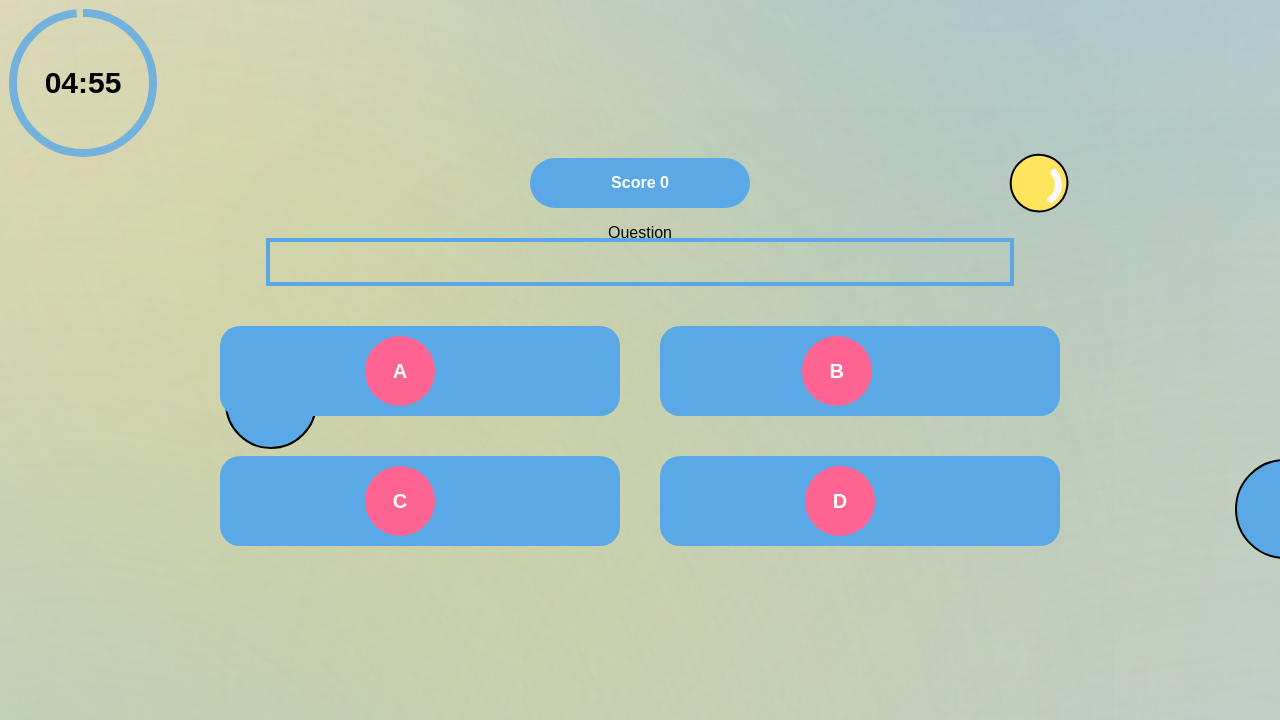
Repository: sierralaurent/SmartiePants
Page: quiz.html
These files come from the project's save history. The page is drawn as it stood at one moment and after the next save; the edit follows.
The browser window is 1280 px wide. The pictures show the whole page.
The page's requests for data from a server got no answer.

Above is the page before, as saved 2023-05-16 22:30:06.

### quiz.html
<!DOCTYPE html>
<html lang="en">
    <!--Actual Quiz page-->
  <head>
    <meta charset="UTF-8" />
    <meta name="viewport" content="width=device-width, initial-scale=1.0" />
    <meta http-equiv="X-UA-Compatible" content="ie=edge" />
    <title>SMARTIEPANTS | PLAY</title>
    <link rel="stylesheet" href="quiz.css" />
  </head>
<body>
  <div id="time">
    <div class="circle" style="--clr:#ff2972">
        <div class="dots"></div>
        <svg>
            <circle cx="70" cy="70" r="70" id="dd"></circle>
        </svg>
        <div id="timeLeft">00:00</div>
    </div>
</div>

<div class="container">
    <div id="loader"></div>
    <div id="game" >
      <div id="hud">
         <div class="score" id="hud-item">
          <p>
            Score
          </p>  &nbsp;
          <p id="score">
            0
          </p>
        </p>
      </div>
        <div class="question-progress" id="hud-item">
          <p id="progressText">
            Question
          </p>
          <div id="progressBar">
            <div id="progressBarFull"></div>
          </div>
        </div>

      <h2 class="question" id="question"></h2>
      <div class="choice-a-b">
        <div class="choice-container">
          <p class="choice-prefix">A </p>
          <p class="choice-text" data-number="1"></p>
        </div>
        <div class="choice-container">
          <p class="choice-prefix">B </p>&nbsp;
          <p class="choice-text" data-number="2"></p>
        </div>
      </div>


<div class="choice-c-d">
  <div class="choice-container">
    <p class="choice-prefix">C </p>
    <p class="choice-text" data-number="3"></p>
  </div>
  <div class="choice-container">
    <p class="choice-prefix">D </p>
    <p class="choice-text" data-number="4"></p>
  </div>
</div>

    </div>
  </div>
  <script src="quiz.js"></script>
  <script src="timer.js"></script>
</body>
</html>

### quiz.css
body {
    background-image: url('./background.svg');
}

#time .circle svg{
    position: relative;
    width: 150px;
    height: 150px;
    transform: rotate(270deg);
    }

    #time .circle svg circle{
        fill: transparent;
        stroke-width: 8;
        stroke: rgba(90, 169, 230, 0.8);
        transform: translate(5px,5px);
        stroke-dasharray: 440;
    }

    #time .circle{
        position: relative;
        width: 150px;
        height: 150px;
        display: flex;
        justify-content: center;
        align-items: center;
    }

    #time div{
        position: absolute;
        text-align: center;
        font-family: Arial, Helvetica, sans-serif;
        font-weight: bold;
        font-size: 30px;
    }

    .container{
        display: flex;
        justify-content: center;
        text-align: center;
        font-family: Arial, Helvetica, sans-serif;
    }

.choice-container{
    display: flex;
    align-items: center;
    background-color: rgba(90, 169, 230, 1);
    margin: 20px;
    justify-content: center;
    font-size: 24px;
    padding: 20px;
    border-radius: 20px;
    color: white;
    width: 360px;
    height: 50px;
    font-weight: bold;
}

.choice-a-b{
    display: flex;
     justify-content: center;
}

.choice-c-d{
    display: flex;
     justify-content: center;
}

.choice-prefix{
   width: 70px;
  height: 70px;
  border-radius: 100%;
  background: #FF6392;
  color: white;
  display: flex;
  align-items: center;
  justify-content: center;
  font-size: 20px;
margin-right: 20px;
}

.choice-text{
     margin-left: 20px;
}

.question{
    width: 700px;
    font-size: 25px;
   padding: 20px;
    border: 4px solid rgba(90, 169, 230, 1);
    margin: 0 auto;
    position: relative;
   bottom: 20px;
}

.score{
    display: flex;
    justify-content: center;
    background-color:  rgba(90, 169, 230, 1);
    border-radius: 49px;
    width: 220px;
    margin: 0 auto;
    font-weight: bold;
    color: white;

}

### quiz.js
const question = document.getElementById('question');
const choices = Array.from(document.getElementsByClassName('choice-text'));
const progressText = document.getElementById('progressText');
const scoreText = document.getElementById('score');
const progressBarFull = document.getElementById('progressBarFull');
const loader = document.getElementById('loader');
const game = document.getElementById('game');
let currentQuestion = {};
let acceptingAnswers = false;
let score = 0;
let questionCounter = 0;
let availableQuesions = [];

let questions = [];

fetch(
    'https://opentdb.com/api.php?amount=10&difficulty=easy&type=multiple'
)
    .then((res) => {
        return res.json();
    })
    .then((loadedQuestions) => {
        questions = loadedQuestions.results.map((loadedQuestion) => {
            const formattedQuestion = {
                question: loadedQuestion.question,
            };

            const answerChoices = [...loadedQuestion.incorrect_answers];
            formattedQuestion.answer = Math.floor(Math.random() * 4) + 1;
            answerChoices.splice(
                formattedQuestion.answer - 1,
                0,
                loadedQuestion.correct_answer
            );

            answerChoices.forEach((choice, index) => {
                formattedQuestion['choice' + (index + 1)] = choice;
            });

            return formattedQuestion;
        });

        startGame();
    })
    .catch((err) => {
        console.error(err);
    });

//CONSTANTS
const CORRECT_BONUS = 10;
const MAX_QUESTIONS = 10;

startGame = () => {
    questionCounter = 0;
    score = 0;
    availableQuesions = [...questions];
    getNewQuestion();
    game.classList.remove('hidden');
    loader.classList.add('hidden');
};

getNewQuestion = () => {
    if (availableQuesions.length === 0 || questionCounter >= MAX_QUESTIONS) {
        localStorage.setItem('mostRecentScore', score);
        //go to the end page
        return window.location.assign('/end.html');
    }
    questionCounter++;
    progressText.innerText = `Question ${questionCounter}/${MAX_QUESTIONS}`;
    //Update the progress bar
    progressBarFull.style.width = `${(questionCounter / MAX_QUESTIONS) * 100}%`;

    const questionIndex = Math.floor(Math.random() * availableQuesions.length);
    currentQuestion = availableQuesions[questionIndex];
    question.innerHTML = currentQuestion.question;

    choices.forEach((choice) => {
        const number = choice.dataset['number'];
        choice.innerHTML = currentQuestion['choice' + number];
    });

    availableQuesions.splice(questionIndex, 1);
    acceptingAnswers = true;
};

choices.forEach((choice) => {
    choice.addEventListener('click', (e) => {
        if (!acceptingAnswers) return;

        acceptingAnswers = false;
        const selectedChoice = e.target;
        const selectedAnswer = selectedChoice.dataset['number'];

        const classToApply =
            selectedAnswer == currentQuestion.answer ? 'correct' : 'incorrect';

        if (classToApply === 'correct') {
            incrementScore(CORRECT_BONUS);
        }

        selectedChoice.parentElement.classList.add(classToApply);

        setTimeout(() => {
            selectedChoice.parentElement.classList.remove(classToApply);
            getNewQuestion();
        }, 1000);
    });
});

incrementScore = (num) => {
    score += num;
    scoreText.innerText = score;
};

### timer.js

        let timeLeft = document.getElementById("timeLeft");
        let countdownCircle = document.getElementById('dd');
        let dots = document.querySelector('.dots');
        let endTime = new Date();
        endTime.setMinutes(endTime.getMinutes() + 5);

        let x = setInterval(function(){
            let now = new Date().getTime();
            let distance = endTime - now;


            let minutes = Math.floor((distance % (1000 * 60 * 60)) / (1000 * 60));
            let seconds = Math.floor((distance % (1000 * 60)) / 1000);


            timeLeft.innerHTML = minutes.toString().padStart(2, '0') + ":" +
                                  seconds.toString().padStart(2, '0');


            let radius = (distance / (endTime - now)) * 70;
            countdownCircle.setAttribute('r', radius);

            if (distance <= 0) {
                clearInterval(x);
                timeLeft.innerHTML = "00:00";
                showAlert();

            }

            dd.style.strokeDashoffset = 440 - (440 * (distance / (5 * 60 * 1000)));

        }, 1000);
        function showAlert(){
            alert("time is over");
        }

After the next save:
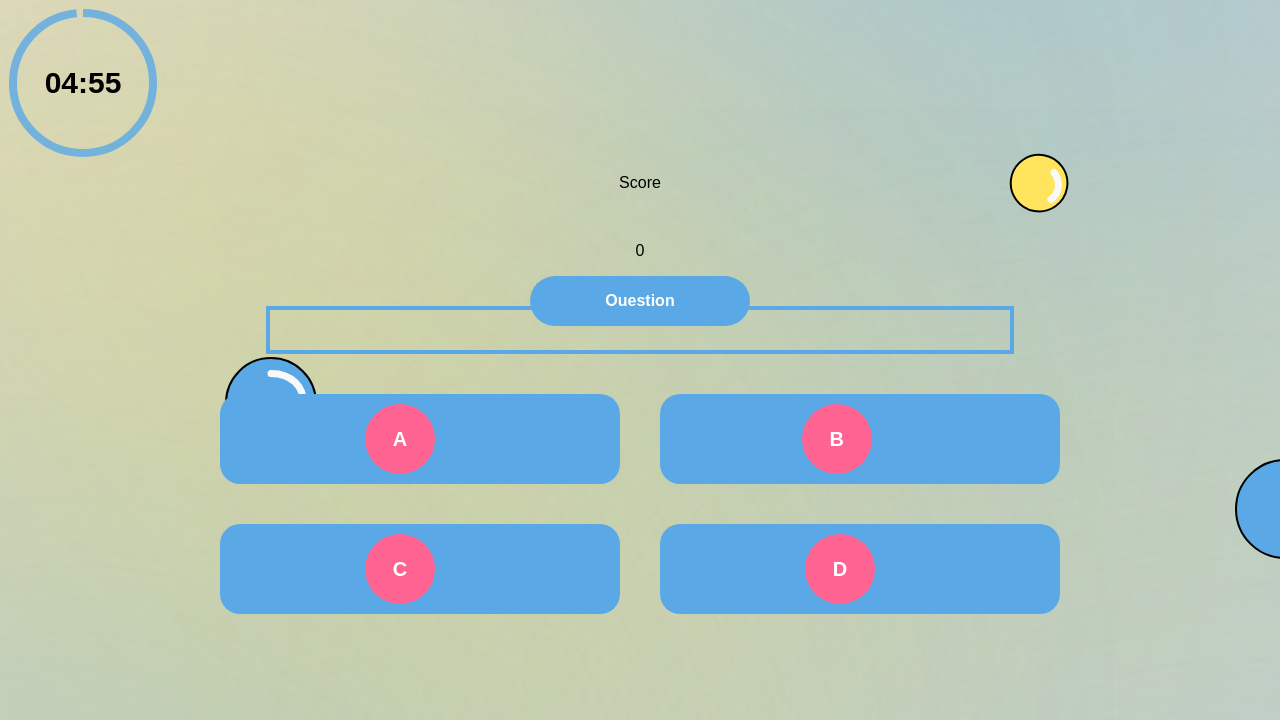
Saved 8 s later.
--- a/quiz.css
+++ b/quiz.css
@@ -93,7 +93,7 @@ margin-right: 20px;
    bottom: 20px;
 }
 
-.score{
+.question-progress{
     display: flex;
     justify-content: center;
     background-color:  rgba(90, 169, 230, 1);
